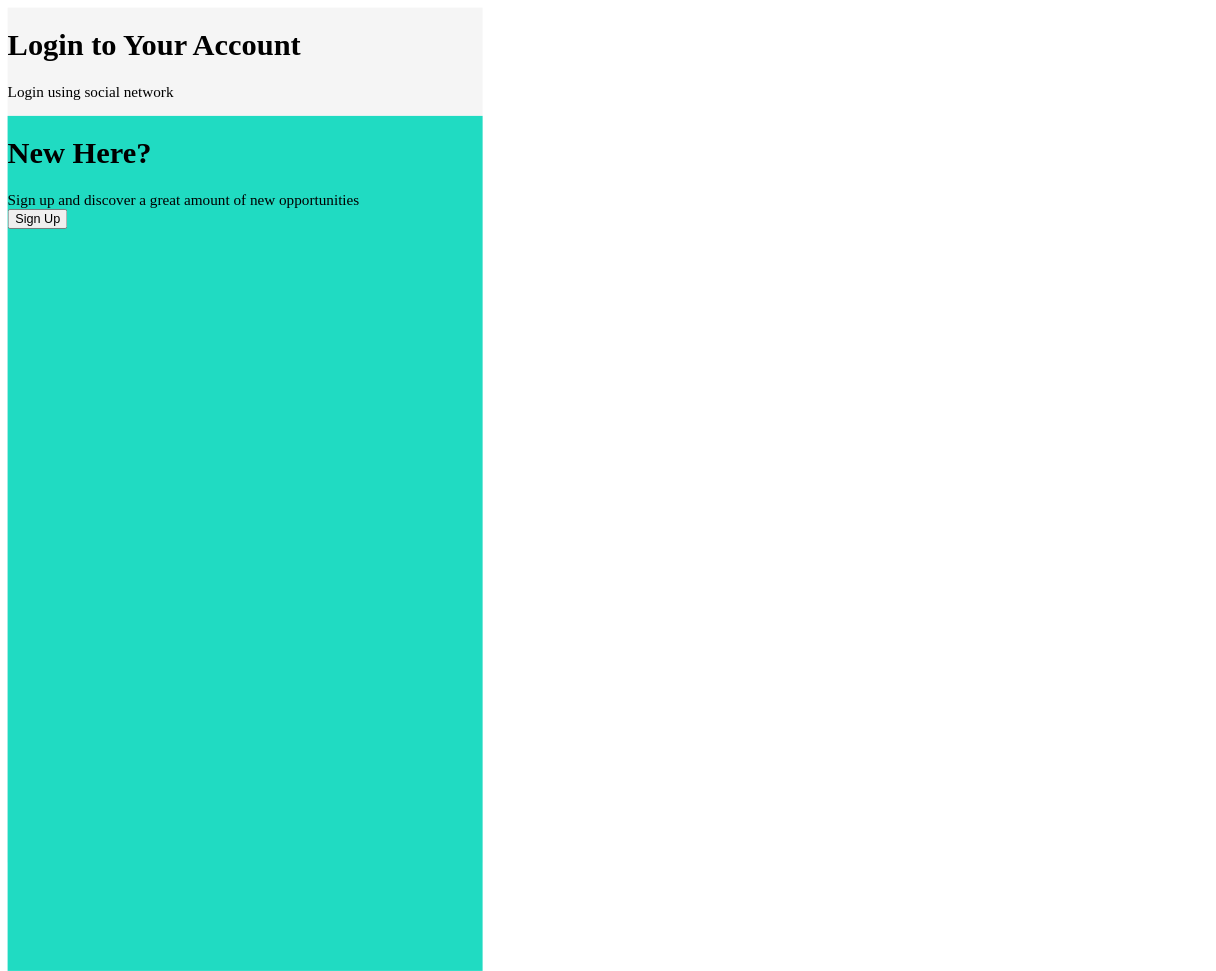
Repository: Tobby004/bdc-assignment-3
Page: task.html
An editor plug-in stored every save of this project. The page is shown before and after the next save, followed by the edit.
The browser window is 1280 px wide. The pictures show the whole page, at 95% of full size.

Above is the page before, as saved 2023-02-21 02:47:05.

After the next save:
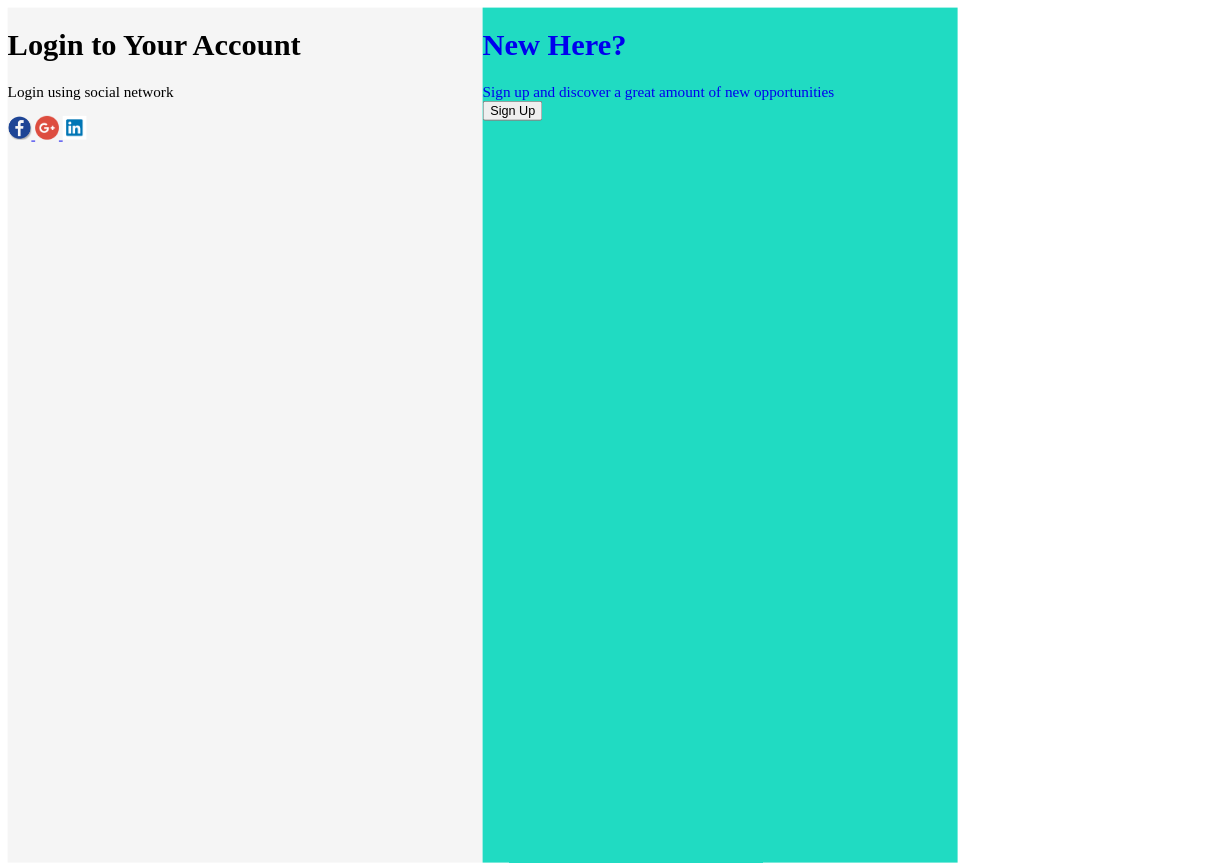
Saved 10 min 30 s later.
--- a/task.html
+++ b/task.html
@@ -12,7 +12,11 @@
     <div class="box1">
      <h1>Login to Your Account</h1>
      <p>Login using social network</p>
-     <div class
+     <div class="logo">
+        <a href="#"><img src="facebook.png" alt="facebook"</a>
+        <a href="#"><img src="googe plus.png" alt="google plus"</a>
+        <a href="#"><img src="linkedin.png"</a>
+     </div>
 
     </div>
     <div class="box2">
--- a/task.css
+++ b/task.css
@@ -19,10 +19,6 @@ width: 500px;
 height: 900px;
 background-color: #20dbc2;
 }
-body {
-
+.logo img {
+    width: 25px;
 }
-header img {
-    width: 100px;
-
-}
